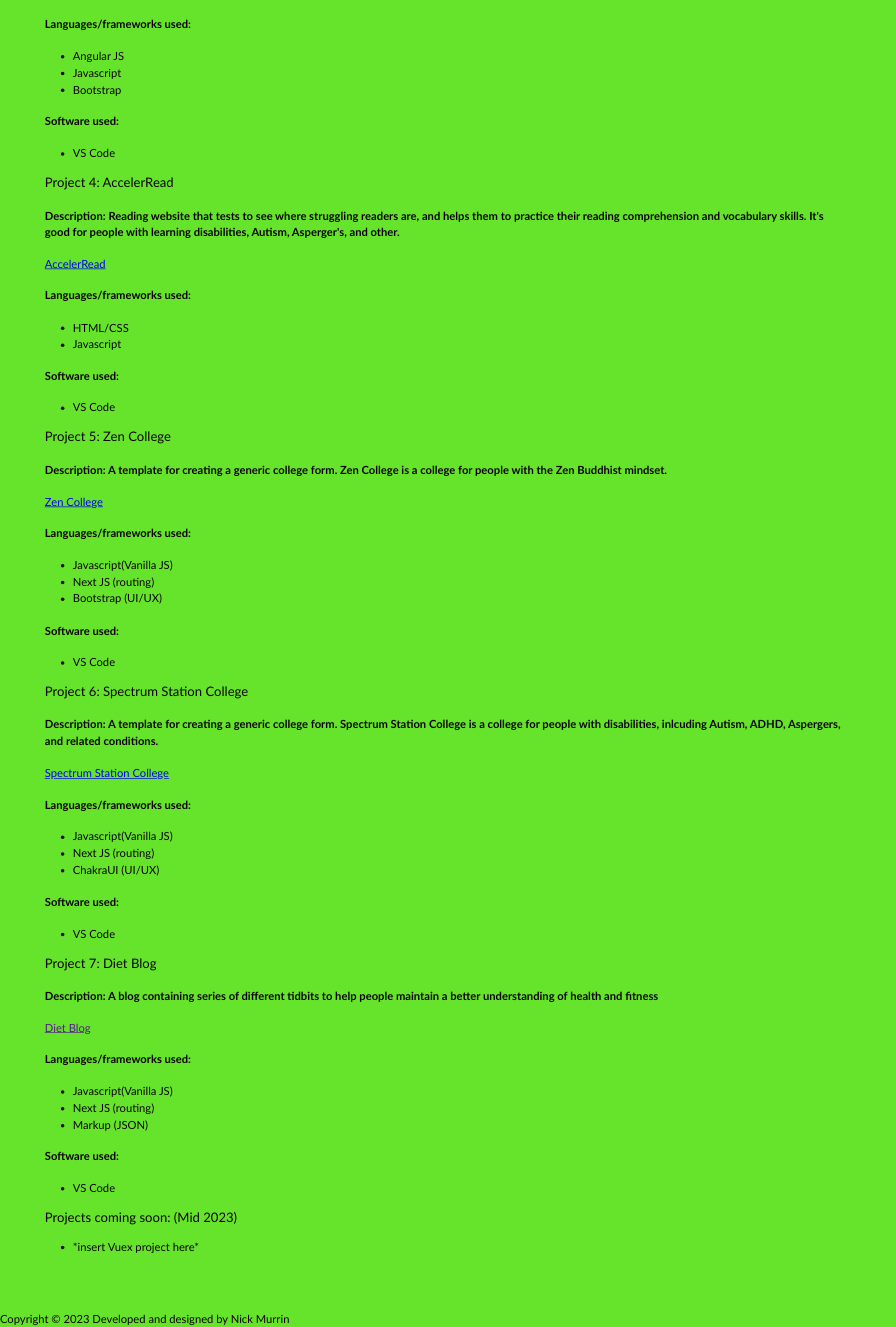
Repository: collegedude9300/modernport
Page: about.html
These files come from the project's save history. The page is drawn as it stood at one moment and after the next save; the edit follows.
The browser window is 1280 px wide. The pictures show the part of the page from y = 1352 to 3272 px (the page is 3248 px tall before and 3272 px after), at 70% of full size.

Above is the page before, as saved 2023-06-25 20:43:54.

After the next save:
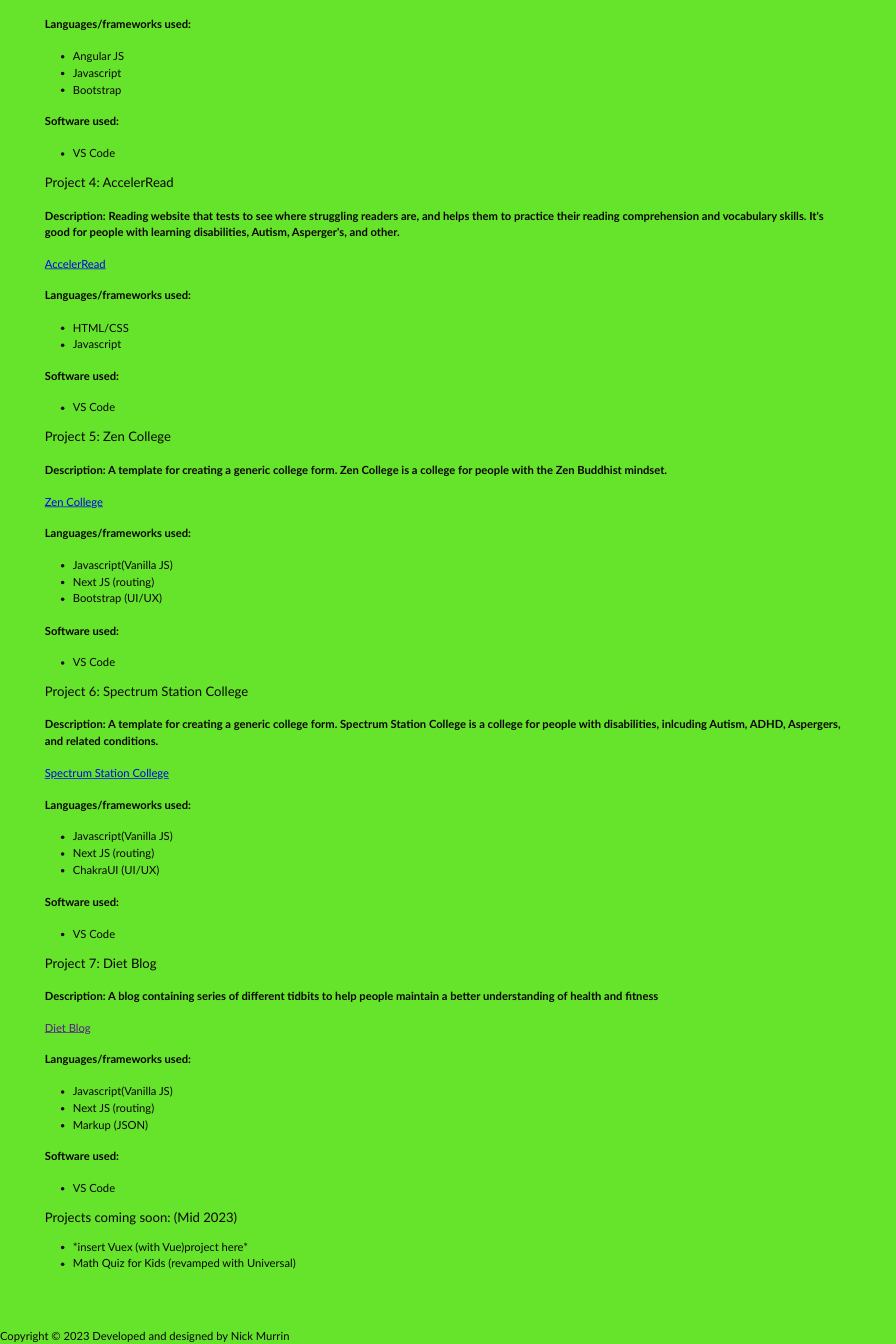
Saved 80 s later.
--- a/about.html
+++ b/about.html
@@ -175,7 +175,8 @@ and helps them to practice their reading comprehension and vocabulary skills.
 
 <h3> Projects coming soon: (Mid 2023)      </h3>
 <ul>
-  <li> *insert Vuex project here*</li>
+  <li> *insert Vuex (with Vue)project here*</li>
+  <li> Math Quiz for Kids (revamped with Universal)</li>
 </ul>
 </main>
   <footer id="main-footer">
